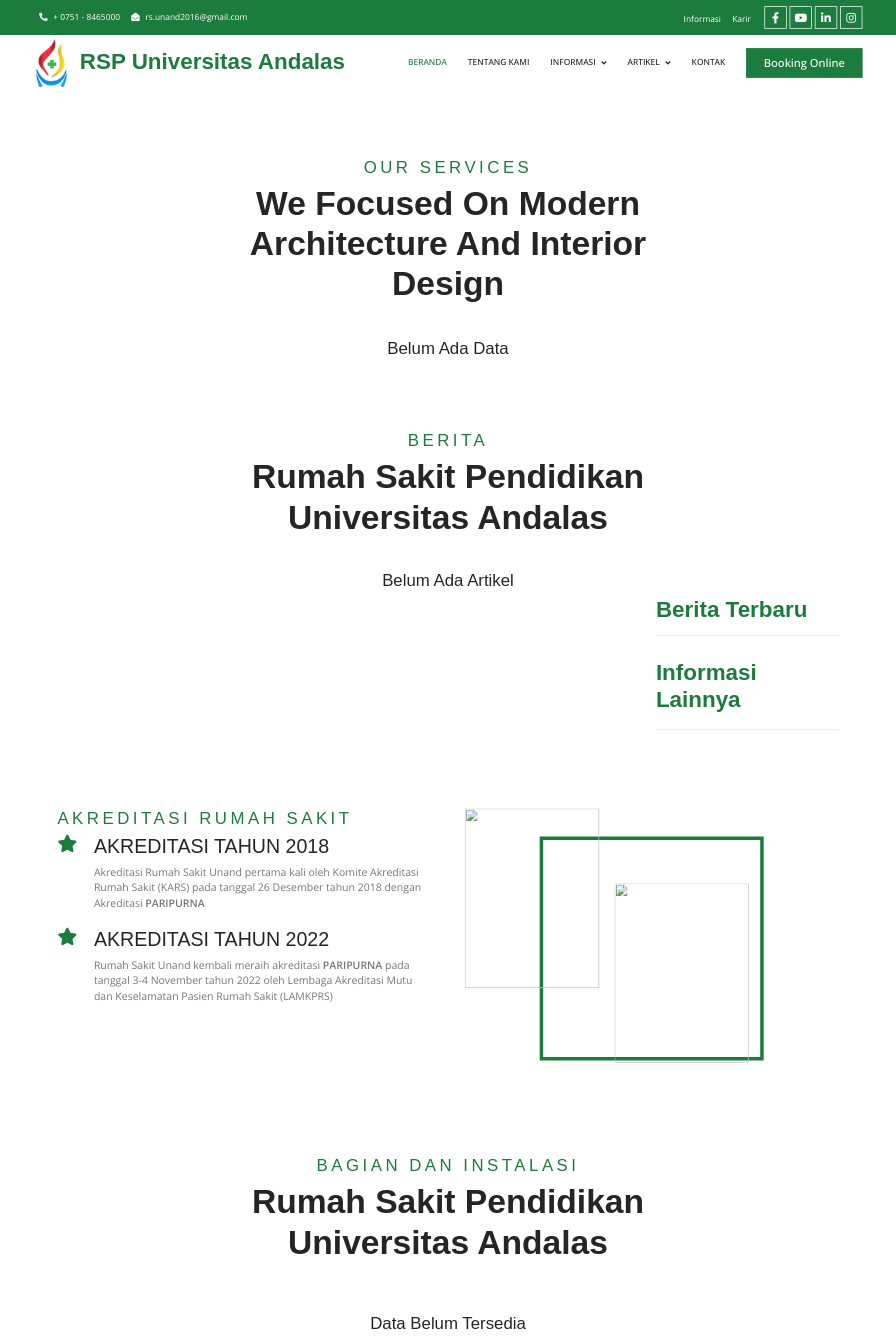
Repository: vivin-erialis/rsunand-site
Page: http://localhost/
The author's editor kept a copy of each file at every save. The page is drawn from the files as they stood at one save, then again after the next save.
The browser window is 1280 px wide. The pictures show the part of the page from y = 0 to 1920 px (the page is 3169 px tall before and 3145 px after), at 70% of full size.
Some web fonts or font styles are not loaded; a fallback is used. Some web libraries are served in a nearby version. The page is served by the project's Laravel application, run on PHP 8.4 with Laravel 12. Queries for data that is not in the repository find no rows.

Above is the page before, as saved 2024-06-10 08:30:17.
Console error: TypeError: Cannot read properties of undefined (reading 'version')

After the next save:
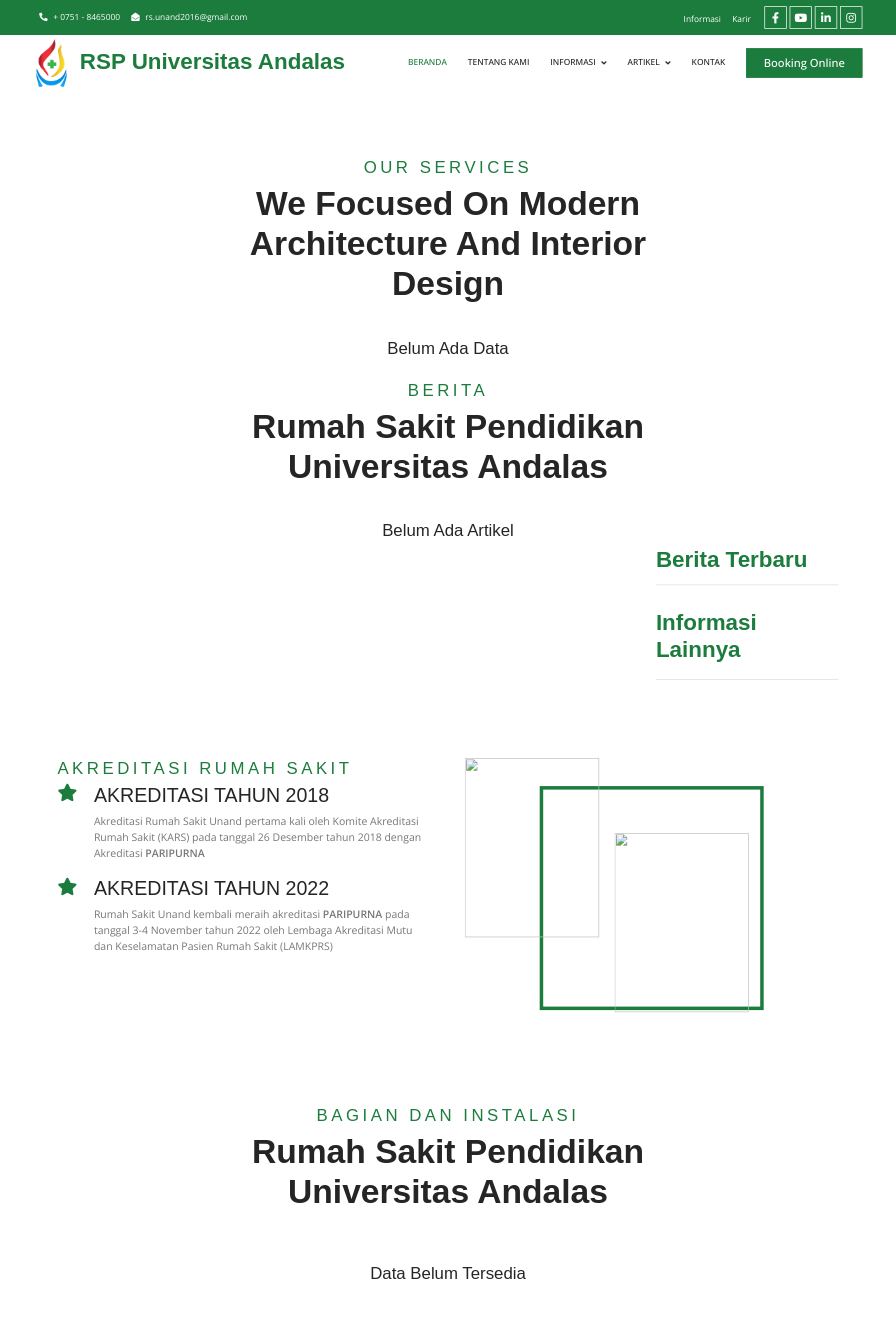
Saved 68 s later.
--- a/resources/views/Frontend/home.blade.php
+++ b/resources/views/Frontend/home.blade.php
@@ -75,8 +75,8 @@
             @if ($layanan->isEmpty())
                 <h4 class="mt-5 text-center">Belum Ada Data</h4>
             @endif
-            @foreach ($layanan as $item)
-                <div class="row g-4">
+            <div class="row g-4">
+                    @foreach ($layanan as $item)
                     <div class="col-lg-4 col-md-6 wow fadeInUp" data-wow-delay="0.5s">
                         <div class="service-item d-flex position-relative text-center h-100">
                             @if ($item->gambar)
